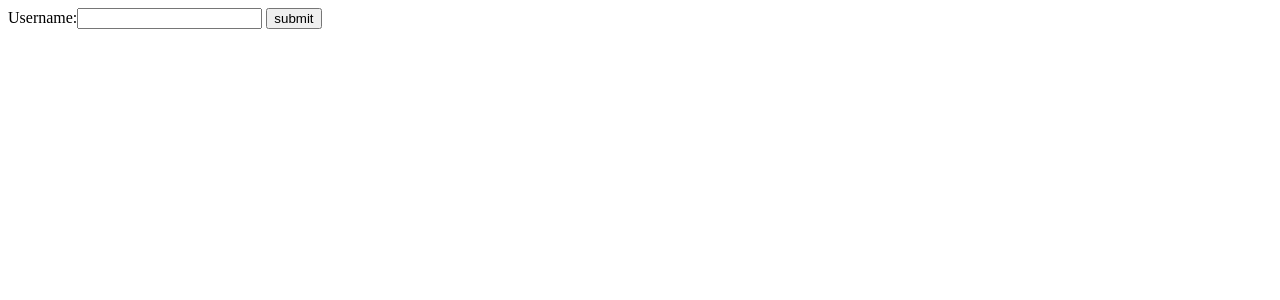
Repository: nagarjuna0287/workspace
Page: ServletProject/WebContent/UrlRewriting.html
The author's editor kept a copy of each file at every save. The page is drawn from the files as they stood at one save, then again after the next save.
The browser window is 1280 px wide. The pictures show the whole page.

Above is the page before, as saved 2017-03-09 05:41:07.

### ServletProject/WebContent/UrlRewriting.html
<!DOCTYPE html>
<html>
<head>
<meta charset="ISO-8859-1">
<title>Insert title here</title>
</head>
<body>
<form action="UrlPattern1" method="post">
Username:<input type="text" name="username"></input>
<input type="submit" value="submit"/>
</form>
</body>
</html>

After the next save:
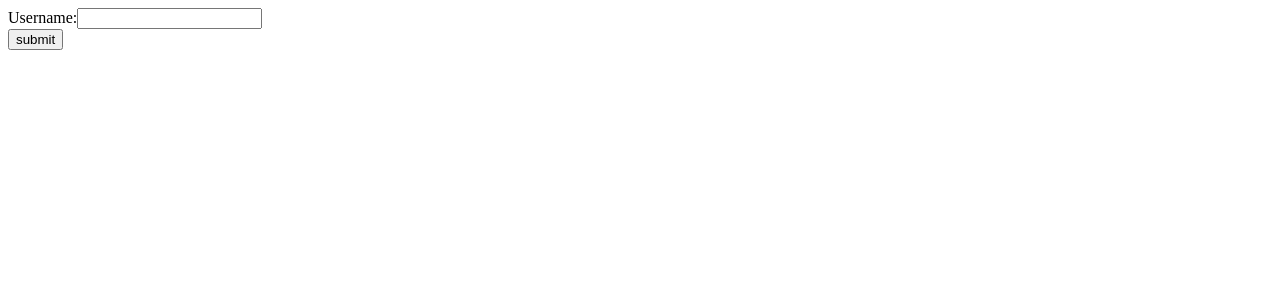
Saved 14 s later.
--- a/ServletProject/WebContent/UrlRewriting.html
+++ b/ServletProject/WebContent/UrlRewriting.html
@@ -6,7 +6,7 @@
 </head>
 <body>
 <form action="UrlPattern1" method="post">
-Username:<input type="text" name="username"></input>
+Username:<input type="text" name="username"></input><br/>
 <input type="submit" value="submit"/>
 </form>
 </body>
